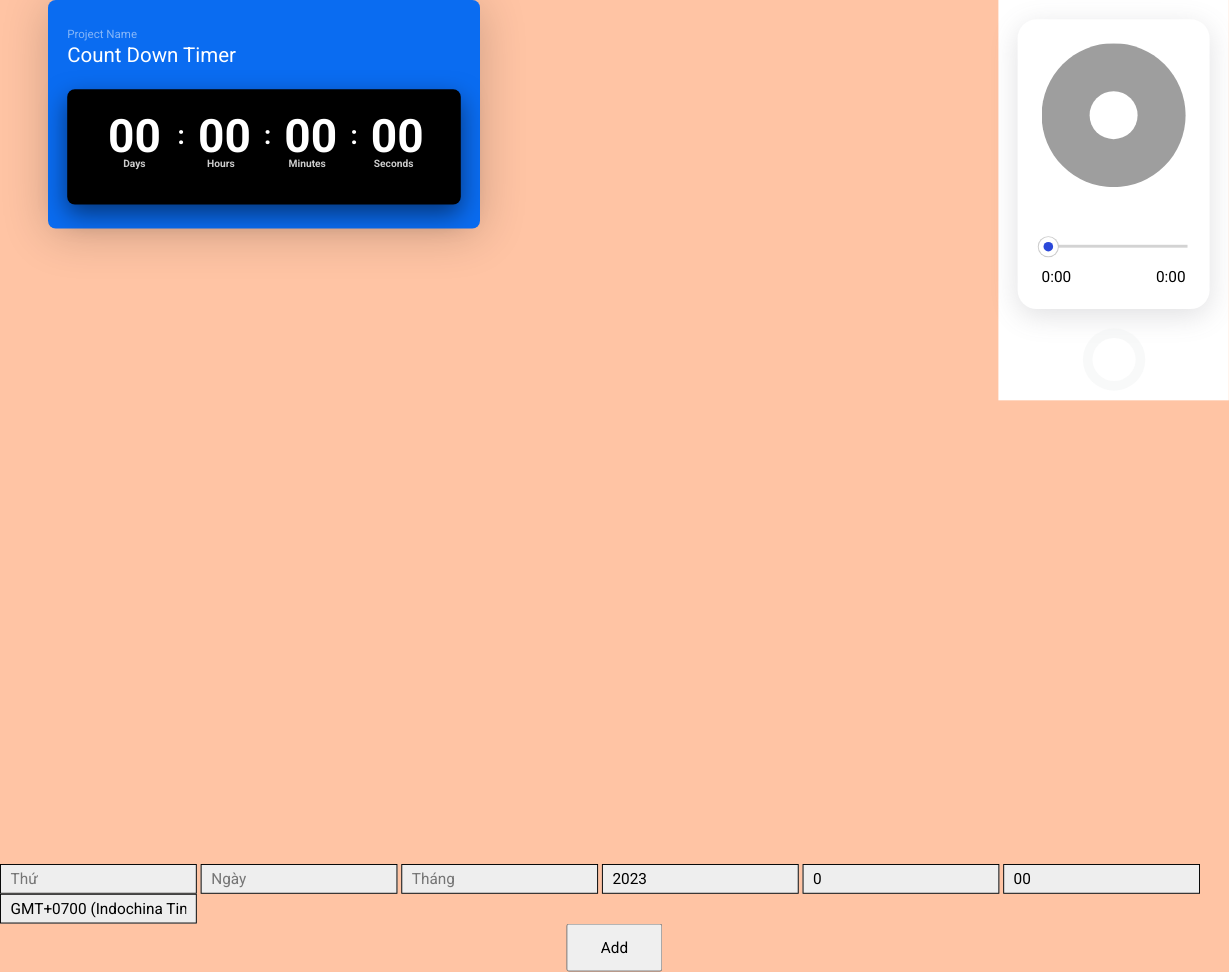
Repository: thuanpham00/CountDownTimer
Page: index.html
An editor plug-in stored every save of this project. The page is shown before and after the next save, followed by the edit.
The browser window is 1280 px wide. The pictures show the whole page, at 96% of full size.
Pictures or frames that could not be fetched are drawn as grey boxes. The style sheet was rebuilt from its Sass, Less or Tailwind sources for each picture, by a compiler version that may differ from the author's.

Above is the page before, as saved 2023-09-27 15:30:36.

After the next save:
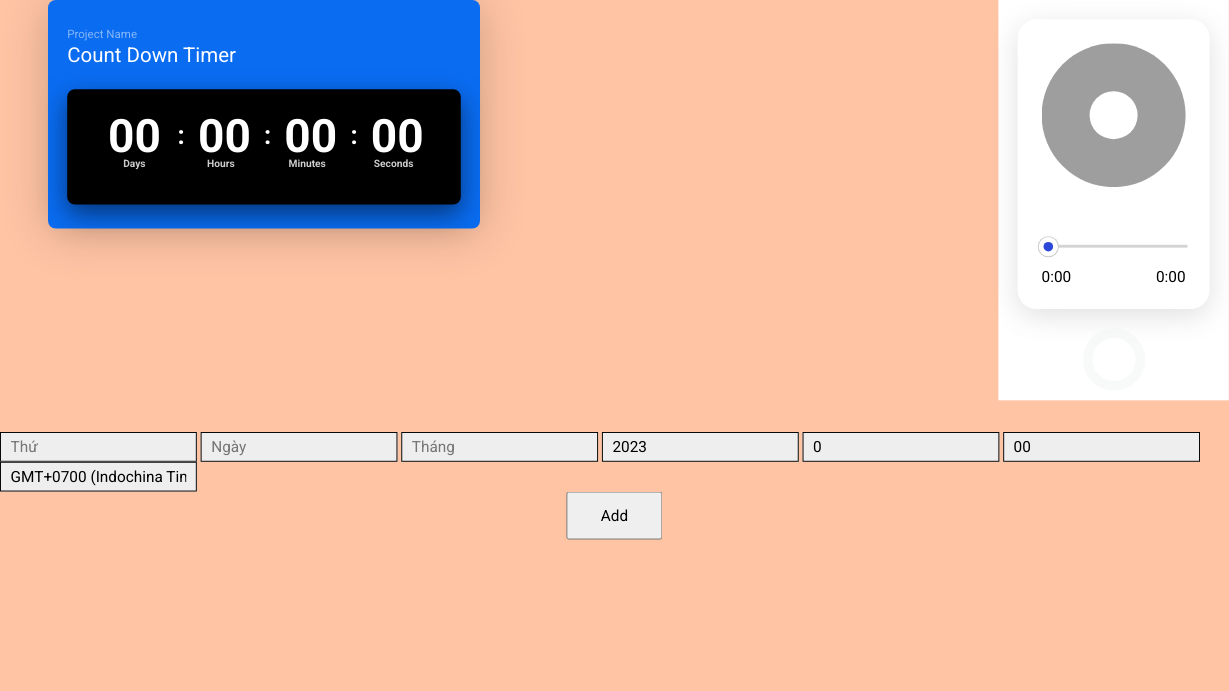
Saved 47 s later.
--- a/scss/main.scss
+++ b/scss/main.scss
@@ -242,7 +242,7 @@ body {
 }
 
 .form-timer {
-    margin: 500px auto 0;
+    margin: 50px auto 0;
     max-width: 1500px;
 
     input {
